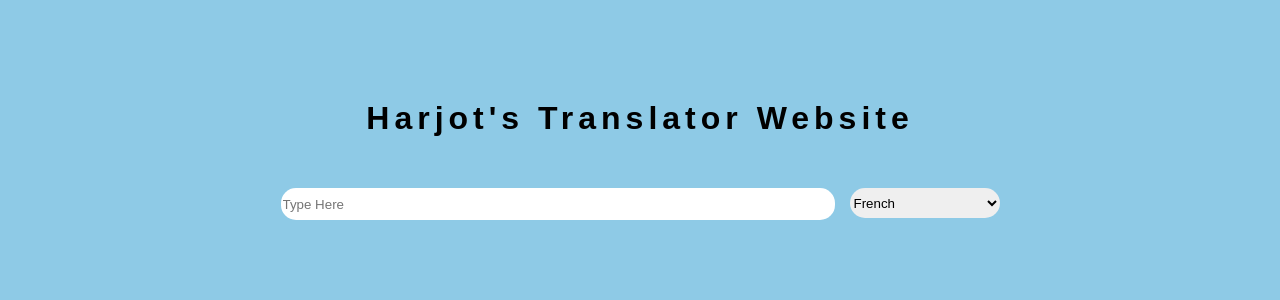
Repository: Harjot00/Pythonpractice
Page: Translator/homepage.html
The author's editor kept a copy of each file at every save. The page is drawn from the files as they stood at one save, then again after the next save.
The browser window is 1280 px wide. The pictures show the whole page.
Some web fonts or font styles are not loaded; a fallback is used.

Above is the page before, as saved 2022-03-06 19:01:32.

After the next save:
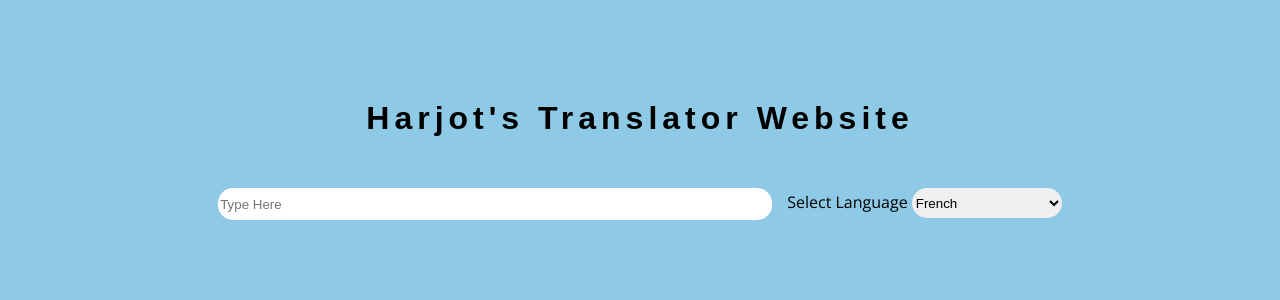
Saved 28 s later.
--- a/Translator/homepage.html
+++ b/Translator/homepage.html
@@ -15,8 +15,9 @@
     <div style = "display: flex; justify-content: center;">
         <input type="text" id="entry" placeholder="Type Here"></input>
         <form id="language">
+            <Label>Select Language</Label>
             <select>
-                <option value="volvo" placeholder="Select Language">French</option>
+                <option value="volvo">French</option>
                 <option value="saab">Italian</option>
                 <option value="opel">German</option>
                 <option value="audi">Chinese</option>
